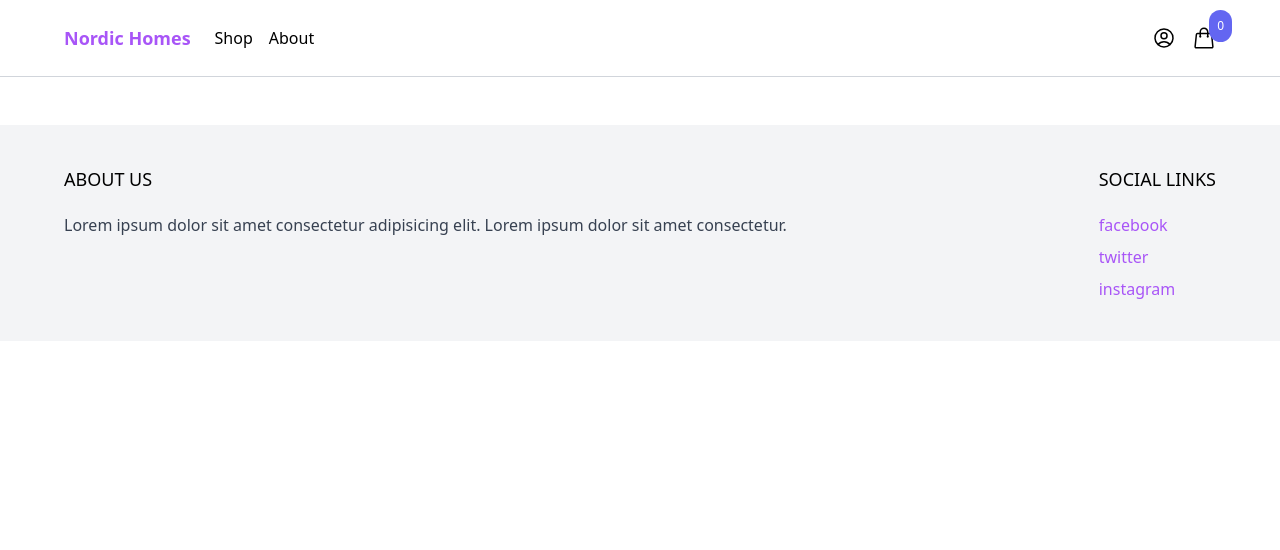
Repository: Calin224/NordicHomes
Page: cart/templates/cart/checkout.html
The author's editor kept a copy of each file at every save. The page is drawn from the files as they stood at one save, then again after the next save.
The browser window is 1280 px wide. The pictures show the whole page.
Some web libraries are served in a nearby version. The template is drawn by Django 4.2. The application's start-up code is not run. Other server files are loaded and not shown. The template is opened directly, without the code that normally fills it, so the values that code supplies are empty.

Above is the page before, as saved 2023-02-16 20:49:11.

### cart/templates/cart/checkout.html
{% extends 'core/base.html' %}

{% block content %}

<div class="max-2-6xl mx-auto flex flex-wrap items-start py-6 px-6 ">
</div>

{% endblock %}

### core/templates/core/base.html
<!DOCTYPE html>
<html lang="en">

<head>
    <meta charset="UTF-8">
    <meta name="viewport" content="width=device-width, initial-scale=1.0">
    <script src="https://cdn.tailwindcss.com"></script>
</head>

<body>
    <nav class="border-b border-gray-300">
        <div class="max-w-6xl mx-auto py-2 px-6 xl:px-0 flex items-center justify-between">
            <div class="menu-left flex items-center space-x-6">
                <a href="{% url 'frontpage' %}" class="py-4 text-lg text-purple-500 font-semibold">Nordic Homes</a>

                <ul class="flex items-center space-x-4">
                    <li><a href="{% url 'shop' %}">Shop</a></li>
                    <li><a href="#">About</a></li>


                    {% if request.user.is_authenticated %}
                        <li><a href="{% url 'logout' %}" class="px-4 py-2 bg-purple-500 hover:bg-purple-700 text-white rounded-lg">Logout</a></li>
                    {% endif %}

                </ul>
            </div>

            <div class="menu-right flex items-center space-x-4">
                <a href="#">
                    <svg xmlns="http://www.w3.org/2000/svg" fill="none" viewBox="0 0 24 24" stroke-width="1.5"
                        stroke="currentColor" class="w-6 h-6">
                        <path stroke-linecap="round" stroke-linejoin="round"
                            d="M17.982 18.725A7.488 7.488 0 0012 15.75a7.488 7.488 0 00-5.982 2.975m11.963 0a9 9 0 10-11.963 0m11.963 0A8.966 8.966 0 0112 21a8.966 8.966 0 01-5.982-2.275M15 9.75a3 3 0 11-6 0 3 3 0 016 0z" />
                    </svg>

                </a>

                {% include 'cart/menu_cart.html' %}
            </div>
        </div>
    </nav>

    <main>
        {% block content %}{% endblock content %}
    </main>

    <footer class="bg-gray-100">
        <div class="max-w-6xl mx-auto py-10 px-6 xl:px-0 md:flex justify-between">
            <div class="footer-left mb-12 md:mb-0">
                <h2 class="mb-5 uppercase text-lg">about us</h2>
                <p class="text-gray-700">Lorem ipsum dolor sit amet consectetur adipisicing elit. Lorem ipsum dolor sit
                    amet consectetur.</p>
            </div>

            <div class="footer-right">
                <h2 class="mb-5 uppercase text-lg">social links</h2>
                <ul class="space-y-2">
                    <li><a href="#" class="text-purple-500 hover:text-purple-800">facebook</a></li>
                    <li><a href="#" class="text-purple-500 hover:text-purple-800">twitter</a></li>
                    <li><a href="#" class="text-purple-500 hover:text-purple-800">instagram</a></li>
                </ul>
            </div>
        </div>
    </footer>

    <script src="https://unpkg.com/htmx.org@1.8.5"></script>
</body>

</html>

### cart/templates/cart/menu_cart.html
<a href="#" id="menu-cart-button" class="relative">
    <svg xmlns="http://www.w3.org/2000/svg" fill="none" viewBox="0 0 24 24" stroke-width="1.5"
        stroke="currentColor" class="w-6 h-6">
        <path stroke-linecap="round" stroke-linejoin="round"
            d="M15.75 10.5V6a3.75 3.75 0 10-7.5 0v4.5m11.356-1.993l1.263 12c.07.665-.45 1.243-1.119 1.243H4.25a1.125 1.125 0 01-1.12-1.243l1.264-12A1.125 1.125 0 015.513 7.5h12.974c.576 0 1.059.435 1.119 1.007zM8.625 10.5a.375.375 0 11-.75 0 .375.375 0 01.75 0zm7.5 0a.375.375 0 11-.75 0 .375.375 0 01.75 0z" />
    </svg>
    <span class="p-2 absolute -top-4 -right-4 bg-indigo-500 text-white text-xs rounded-full">{{cart|length}}</span>
</a>

After the next save:
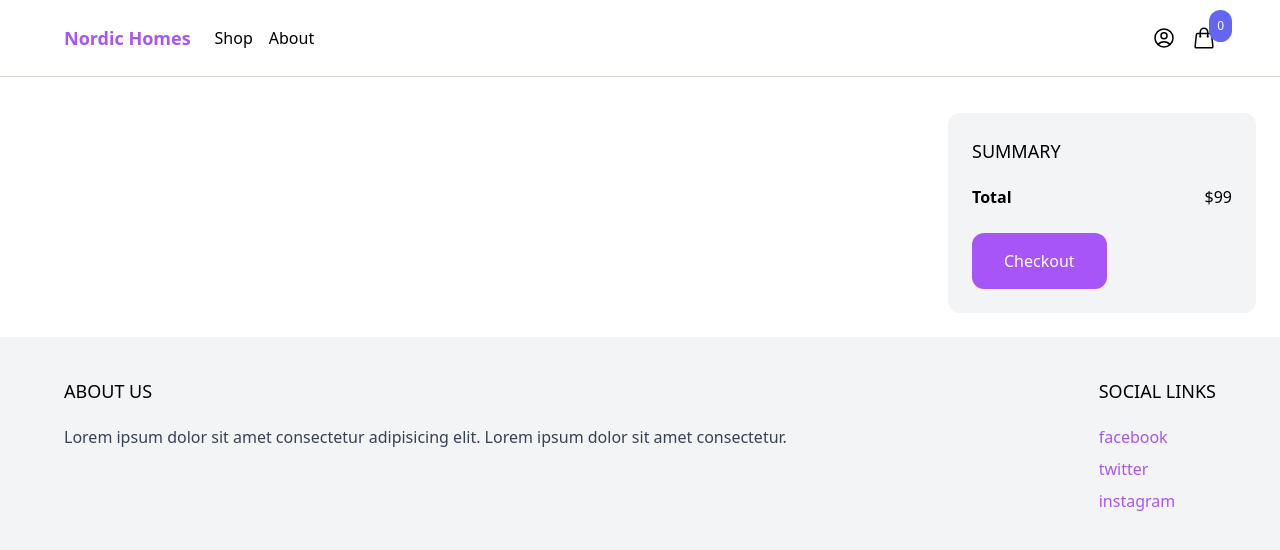
Saved 13 min 0 s later.
--- a/cart/templates/cart/checkout.html
+++ b/cart/templates/cart/checkout.html
@@ -3,6 +3,18 @@
 {% block content %}
 
 <div class="max-2-6xl mx-auto flex flex-wrap items-start py-6 px-6 ">
+    <div class="products w-full lg:w-3/4"></div>
+
+    <div class="summary w-full lg:w-1/4 p-6 bg-gray-100 rounded-xl mt-3">
+        <h2 class="uppercase text-lg mb-5">Summary</h2>
+
+        <div class="mb-6 flex justify-between">
+            <span class="font-semibold">Total</span>
+            <span>$99</span>
+        </div>
+
+        <a href="#" class="inline-block px-8 py-4 rounded-xl bg-purple-500 hover:bg-purple-700 text-white">Checkout</a>
+    </div>
 </div>
 
 {% endblock %}
